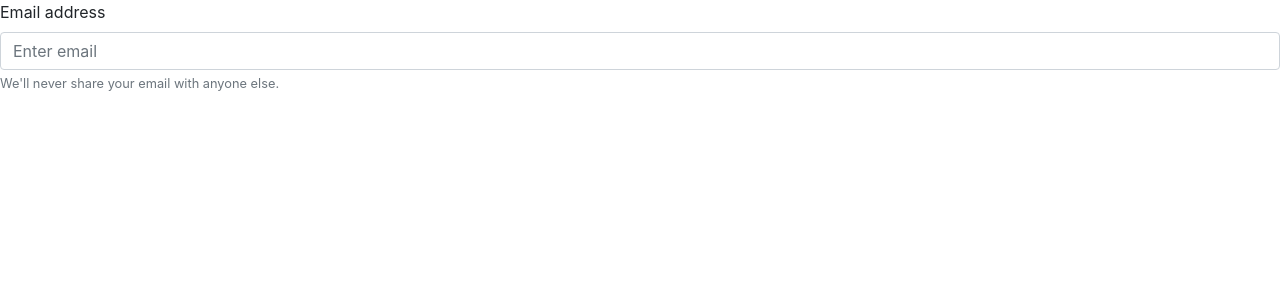
Repository: ashokthombre/Practice-projects
Page: http://localhost/springmvc/contact
These files come from the project's save history. The page is drawn as it stood at one moment and after the next save; the edit follows.
The browser window is 1280 px wide. The pictures show the whole page.
Some web libraries are served in a nearby version. The page is served by Tomcat 9. Other server files are loaded and not shown.

Above is the page before, as saved 2024-09-02 17:18:20.

### springmvc/src/main/webapp/WEB-INF/spring-servlet.xml
<?xml version="1.0" encoding="UTF-8"?>
<beans xmlns="http://www.springframework.org/schema/beans"
       xmlns:xsi="http://www.w3.org/2001/XMLSchema-instance"
       xmlns:context="http://www.springframework.org/schema/context"
       xmlns:p="http://www.springframework.org/schema/p"
       xmlns:util="http://www.springframework.org/schema/util"

       xsi:schemaLocation="http://www.springframework.org/schema/beans
            http://www.springframework.org/schema/beans/spring-beans.xsd
            http://www.springframework.org/schema/context
            http://www.springframework.org/schema/context/spring-context.xsd">

    <context:component-scan base-package="com.springmvc.controller"/>

    <bean class=" org.springframework.web.servlet.view.InternalResourceViewResolver" name="viewResolver">
        <property name="prefix" value="/WEB-INF/views/"/>
        <property name="suffix" value=".jsp"/>
    </bean>


</beans>

### springmvc/src/main/webapp/WEB-INF/views/contact.jsp
<!doctype html>
<html lang="en">
  <head>
    <!-- Required meta tags -->
    <meta charset="utf-8">
    <meta name="viewport" content="width=device-width, initial-scale=1, shrink-to-fit=no">

    <!-- Bootstrap CSS -->
    <link rel="stylesheet" href="https://cdn.jsdelivr.net/npm/bootstrap@4.0.0/dist/css/bootstrap.min.css" integrity="sha384-Gn5384xqQ1aoWXA+058RXPxPg6fy4IWvTNh0E263XmFcJlSAwiGgFAW/dAiS6JXm" crossorigin="anonymous">

    <title>Hello, world!</title>
  </head>
  <body>


    <form>
  <div class="form-group">
    <label for="exampleInputEmail1">Email address</label>
    <input type="email" class="form-control" id="exampleInputEmail1" aria-describedby="emailHelp" placeholder="Enter email">
    <small id="emailHelp" class="form-text text-muted">We'll never share your email with anyone else.</small>
  </div>

  </form>

    <!-- Optional JavaScript -->
    <!-- jQuery first, then Popper.js, then Bootstrap JS -->
    <script src="https://code.jquery.com/jquery-3.2.1.slim.min.js" integrity="sha384-KJ3o2DKtIkvYIK3UENzmM7KCkRr/rE9/Qpg6aAZGJwFDMVNA/GpGFF93hXpG5KkN" crossorigin="anonymous"></script>
    <script src="https://cdn.jsdelivr.net/npm/popper.js@1.12.9/dist/umd/popper.min.js" integrity="sha384-ApNbgh9B+Y1QKtv3Rn7W3mgPxhU9K/ScQsAP7hUibX39j7fakFPskvXusvfa0b4Q" crossorigin="anonymous"></script>
    <script src="https://cdn.jsdelivr.net/npm/bootstrap@4.0.0/dist/js/bootstrap.min.js" integrity="sha384-JZR6Spejh4U02d8jOt6vLEHfe/JQGiRRSQQxSfFWpi1MquVdAyjUar5+76PVCmYl" crossorigin="anonymous"></script>
  </body>
</html>

### springmvc/src/main/java/com/springmvc/controller/ContactController.java
package com.springmvc.controller;

import org.springframework.stereotype.Controller;
import org.springframework.web.bind.annotation.RequestMapping;

@Controller
public class ContactController {

	@RequestMapping("/contact")
	public String showForm() {


		return "contact";
	}



}

### springmvc/src/main/java/com/springmvc/controller/HomeController.java
package com.springmvc.controller;

import org.springframework.stereotype.Controller;
import org.springframework.ui.Model;
import org.springframework.web.bind.annotation.RequestMapping;
import org.springframework.web.bind.annotation.RequestMethod;
import org.springframework.web.servlet.ModelAndView;

@Controller
public class HomeController {

    @RequestMapping("/home")
   public String home(Model model)
{
    model.addAttribute("name","Ashoka");
    System.out.println("home");
    return "index";
}


@RequestMapping(path = "/about",method = RequestMethod.GET)
public String about()
{
    System.out.println("this is about");
    return "about";
}

@RequestMapping("/help")
public ModelAndView help()
{

	ModelAndView modelAndView=new ModelAndView();
	modelAndView.addObject("name","ashoka");
	modelAndView.setViewName("help");


	return modelAndView;

}
}

After the next save:
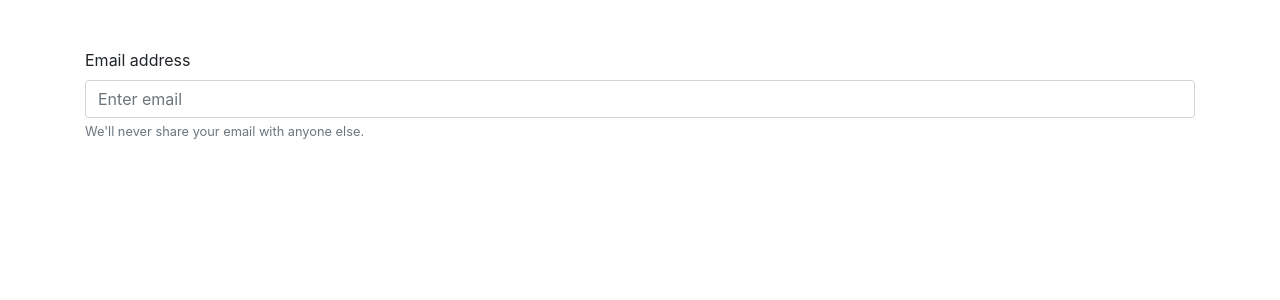
Saved 2 min 7 s later.
--- a/springmvc/src/main/webapp/WEB-INF/views/contact.jsp
+++ b/springmvc/src/main/webapp/WEB-INF/views/contact.jsp
@@ -12,15 +12,23 @@
   </head>
   <body>
 
+    <div class="container mt-5">
+
 
     <form>
+
+
   <div class="form-group">
     <label for="exampleInputEmail1">Email address</label>
     <input type="email" class="form-control" id="exampleInputEmail1" aria-describedby="emailHelp" placeholder="Enter email">
     <small id="emailHelp" class="form-text text-muted">We'll never share your email with anyone else.</small>
   </div>
 
+
   </form>
+   </div>
+
+
 
     <!-- Optional JavaScript -->
     <!-- jQuery first, then Popper.js, then Bootstrap JS -->
